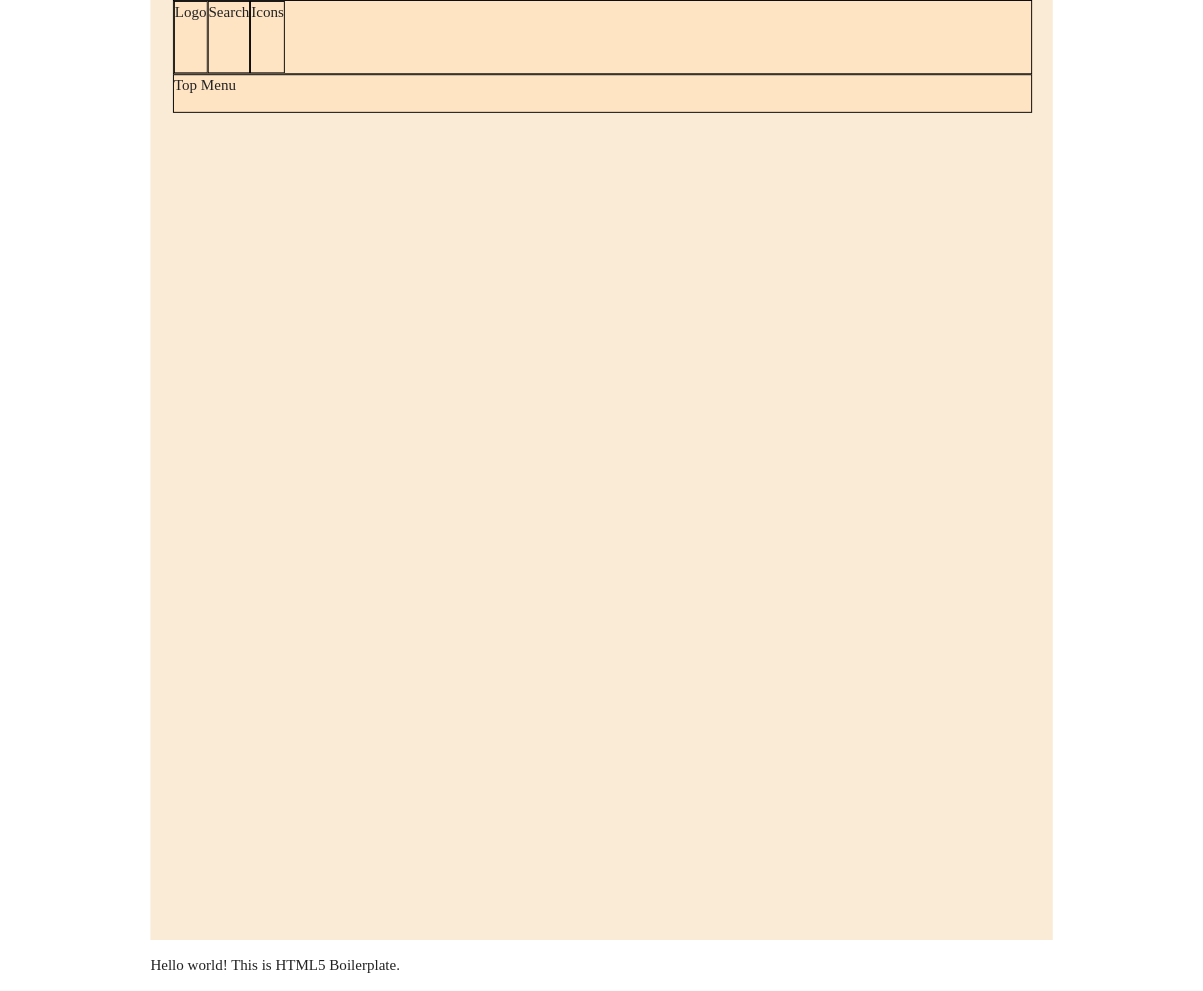
Repository: giovanabirck/cover-magazine-giovanabirck
Page: index.html
These files come from the project's save history. The page is drawn as it stood at one moment and after a run of saves; the edit follows.
The browser window is 1280 px wide. The pictures show the whole page, at 94% of full size.

Above is the page before, as saved 2023-01-13 17:01:44.

### index.html
<!doctype html>
<html class="no-js" lang="">

<head>
  <meta charset="utf-8">
  <title></title>
  <meta name="description" content="">
  <meta name="viewport" content="width=device-width, initial-scale=1">

  <meta property="og:title" content="">
  <meta property="og:type" content="">
  <meta property="og:url" content="">
  <meta property="og:image" content="">

  <link rel="manifest" href="site.webmanifest">
  <link rel="apple-touch-icon" href="icon.png">
  <!-- Place favicon.ico in the root directory -->

  <link rel="stylesheet" href="css/normalize.css">
  <link rel="stylesheet" href="css/main.css">

  <meta name="theme-color" content="#fafafa">
</head>

<body>

  <div class="main-container">
    <div class="header">
      <div class="header-content">
        <div class="header-content-logo">Logo</div>
        <div class="header-content-search">Search</div>
        <div class="header-content-icons">Icons</div>
      </div>
      <div class="header-menu">Top Menu</div>
    </div>
  </div>


  <!-- Add your site or application content here -->
  <p>Hello world! This is HTML5 Boilerplate.</p>
  <script src="js/vendor/modernizr-3.11.2.min.js"></script>
  <script src="js/plugins.js"></script>
  <script src="js/main.js"></script>

  <!-- Google Analytics: change UA-XXXXX-Y to be your site's ID. -->
  <script>
    window.ga = function () { ga.q.push(arguments) }; ga.q = []; ga.l = +new Date;
    ga('create', 'UA-XXXXX-Y', 'auto'); ga('set', 'anonymizeIp', true); ga('set', 'transport', 'beacon'); ga('send', 'pageview')
  </script>
  <script src="https://www.google-analytics.com/analytics.js" async></script>
</body>

</html>

### css/main.css
/*! HTML5 Boilerplate v8.0.0 | MIT License | https://html5boilerplate.com/ */

/* main.css 2.1.0 | MIT License | https://github.com/h5bp/main.css#readme */
/*
 * What follows is the result of much research on cross-browser styling.
 * Credit left inline and big thanks to Nicolas Gallagher, Jonathan Neal,
 * Kroc Camen, and the H5BP dev community and team.
 */

/* ==========================================================================
   Base styles: opinionated defaults
   ========================================================================== */

html {
  color: #222;
  font-size: 1em;
  line-height: 1.4;
  margin: 0px 160px 0px 160px;
}

/*
 * Remove text-shadow in selection highlight:
 * https://twitter.com/miketaylr/status/12228805301
 *
 * Vendor-prefixed and regular ::selection selectors cannot be combined:
 * https://stackoverflow.com/a/16982510/7133471
 *
 * Customize the background color to match your design.
 */

::-moz-selection {
  background: #b3d4fc;
  text-shadow: none;
}

::selection {
  background: #b3d4fc;
  text-shadow: none;
}

/*
 * A better looking default horizontal rule
 */

hr {
  display: block;
  height: 1px;
  border: 0;
  border-top: 1px solid #ccc;
  margin: 1em 0;
  padding: 0;
}

/*
 * Remove the gap between audio, canvas, iframes,
 * images, videos and the bottom of their containers:
 * https://github.com/h5bp/html5-boilerplate/issues/440
 */

audio,
canvas,
iframe,
img,
svg,
video {
  vertical-align: middle;
}

/*
 * Remove default fieldset styles.
 */

fieldset {
  border: 0;
  margin: 0;
  padding: 0;
}

/*
 * Allow only vertical resizing of textareas.
 */

textarea {
  resize: vertical;
}

/* ==========================================================================
   Author's custom styles
   ========================================================================== */

/* ==========================================================================
   Helper classes
   ========================================================================== */

/*
 * Hide visually and from screen readers
 */

.hidden,
[hidden] {
  display: none !important;
}

/*
 * Hide only visually, but have it available for screen readers:
 * https://snook.ca/archives/html_and_css/hiding-content-for-accessibility
 *
 * 1. For long content, line feeds are not interpreted as spaces and small width
 *    causes content to wrap 1 word per line:
 *    https://medium.com/@jessebeach/beware-smushed-off-screen-accessible-text-5952a4c2cbfe
 */

.sr-only {
  border: 0;
  clip: rect(0, 0, 0, 0);
  height: 1px;
  margin: -1px;
  overflow: hidden;
  padding: 0;
  position: absolute;
  white-space: nowrap;
  width: 1px;
  /* 1 */
}

/*
 * Extends the .sr-only class to allow the element
 * to be focusable when navigated to via the keyboard:
 * https://www.drupal.org/node/897638
 */

.sr-only.focusable:active,
.sr-only.focusable:focus {
  clip: auto;
  height: auto;
  margin: 0;
  overflow: visible;
  position: static;
  white-space: inherit;
  width: auto;
}

/*
 * Hide visually and from screen readers, but maintain layout
 */

.invisible {
  visibility: hidden;
}

/*
 * Clearfix: contain floats
 *
 * For modern browsers
 * 1. The space content is one way to avoid an Opera bug when the
 *    `contenteditable` attribute is included anywhere else in the document.
 *    Otherwise it causes space to appear at the top and bottom of elements
 *    that receive the `clearfix` class.
 * 2. The use of `table` rather than `block` is only necessary if using
 *    `:before` to contain the top-margins of child elements.
 */

.clearfix::before,
.clearfix::after {
  content: " ";
  display: table;
}

.clearfix::after {
  clear: both;
}

/* ==========================================================================
   EXAMPLE Media Queries for Responsive Design.
   These examples override the primary ('mobile first') styles.
   Modify as content requires.
   ========================================================================== */

@media only screen and (min-width: 35em) {
  /* Style adjustments for viewports that meet the condition */
}

@media print,
  (-webkit-min-device-pixel-ratio: 1.25),
  (min-resolution: 1.25dppx),
  (min-resolution: 120dpi) {
  /* Style adjustments for high resolution devices */
}

/* ==========================================================================
   Print styles.
   Inlined to avoid the additional HTTP request:
   https://www.phpied.com/delay-loading-your-print-css/
   ========================================================================== */

@media print {
  *,
  *::before,
  *::after {
    background: #fff !important;
    color: #000 !important;
    /* Black prints faster */
    box-shadow: none !important;
    text-shadow: none !important;
  }

  a,
  a:visited {
    text-decoration: underline;
  }

  a[href]::after {
    content: " (" attr(href) ")";
  }

  abbr[title]::after {
    content: " (" attr(title) ")";
  }

  /*
   * Don't show links that are fragment identifiers,
   * or use the `javascript:` pseudo protocol
   */
  a[href^="#"]::after,
  a[href^="javascript:"]::after {
    content: "";
  }

  pre {
    white-space: pre-wrap !important;
  }

  pre,
  blockquote {
    border: 1px solid #999;
    page-break-inside: avoid;
  }

  /*
   * Printing Tables:
   * https://web.archive.org/web/20180815150934/http://css-discuss.incutio.com/wiki/Printing_Tables
   */
  thead {
    display: table-header-group;
  }

  tr,
  img {
    page-break-inside: avoid;
  }

  p,
  h2,
  h3 {
    orphans: 3;
    widows: 3;
  }

  h2,
  h3 {
    page-break-after: avoid;
  }
}

.main-container{
  background-color: antiquewhite;
  width: 100%;
  height: 1000px;
  display: flex;
  justify-content: center;
}

.header {
  background-color:cadetblue;
  width: 95%;
  height: 120px;
  display: flex;
  flex-direction: column;
  justify-content: center;
}

.header-content{
  background-color: bisque;
  border: solid 1px black;
  width: 100%;
  height: 80px;
  display: flex;
}

.header-content-logo{
  background-color: bisque;
  border: solid 1px black;
  width: ;
}

.header-content-search{
  background-color: bisque;
  border: solid 1px black;
  width: 2fr;
}

.header-content-icons{
  background-color: bisque;
  border: solid 1px black;
  width: 1fr;
}

.header-menu{
  background-color: bisque;
  border: solid 1px black;
  width: 100%;
  height: 40px;
}

### js/plugins.js
// Avoid `console` errors in browsers that lack a console.
(function() {
  var method;
  var noop = function () {};
  var methods = [
    'assert', 'clear', 'count', 'debug', 'dir', 'dirxml', 'error',
    'exception', 'group', 'groupCollapsed', 'groupEnd', 'info', 'log',
    'markTimeline', 'profile', 'profileEnd', 'table', 'time', 'timeEnd',
    'timeline', 'timelineEnd', 'timeStamp', 'trace', 'warn'
  ];
  var length = methods.length;
  var console = (window.console = window.console || {});

  while (length--) {
    method = methods[length];

    // Only stub undefined methods.
    if (!console[method]) {
      console[method] = noop;
    }
  }
}());

// Place any jQuery/helper plugins in here.

Loaded but not shown: css/normalize.css (library); js/vendor/modernizr-3.11.2.min.js (library); js/main.js (no stored copy; drawn as an empty file)

After the next 2 saves:
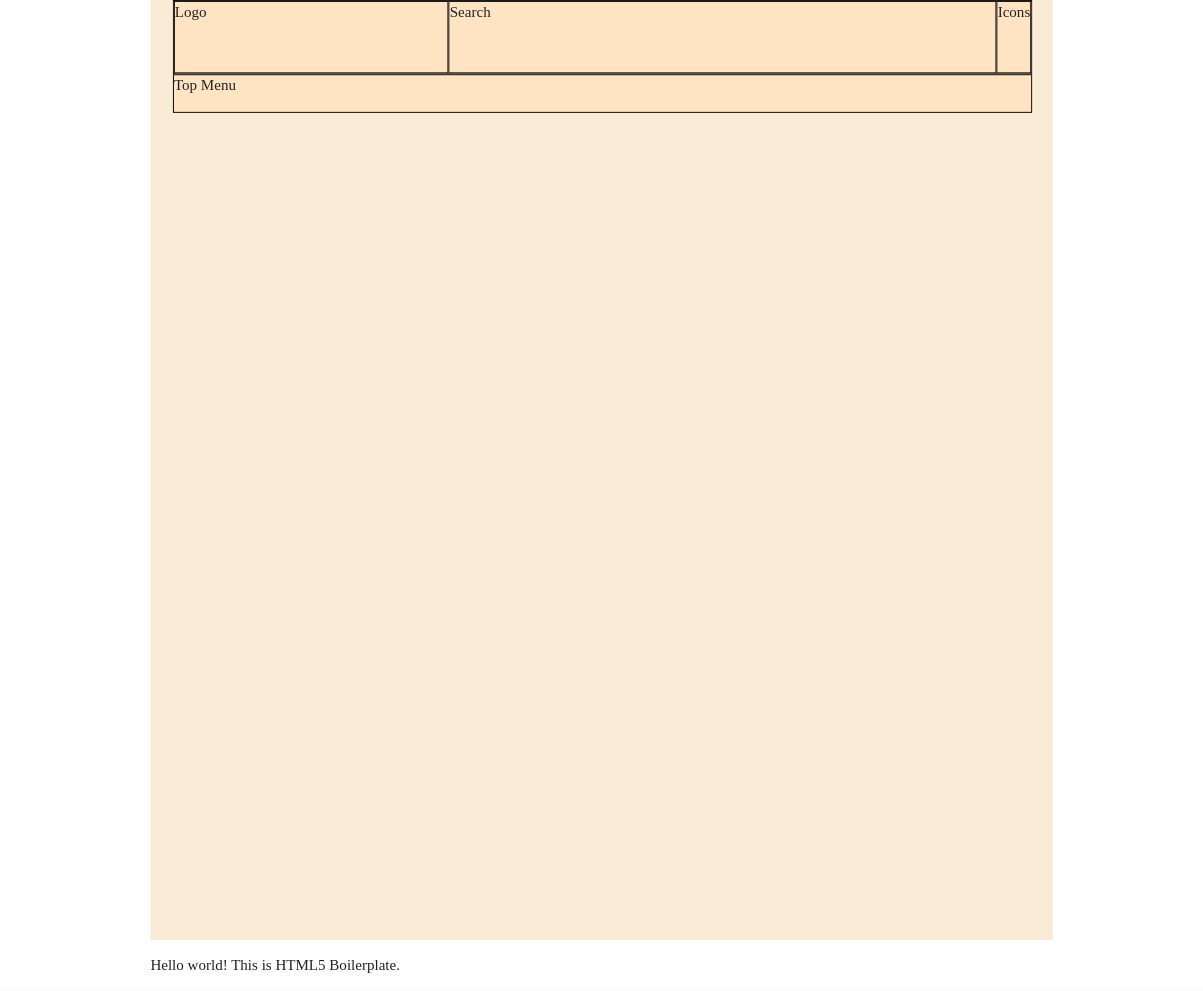
The 2 saves are shown as one change because they came seconds apart.
The last was saved 17 s later.
--- a/css/main.css
+++ b/css/main.css
@@ -290,13 +290,13 @@
 .header-content-logo{
   background-color: bisque;
   border: solid 1px black;
-  width: ;
+  width: 33%;
 }
 
 .header-content-search{
   background-color: bisque;
   border: solid 1px black;
-  width: 2fr;
+  width: 66%;
 }
 
 .header-content-icons{
